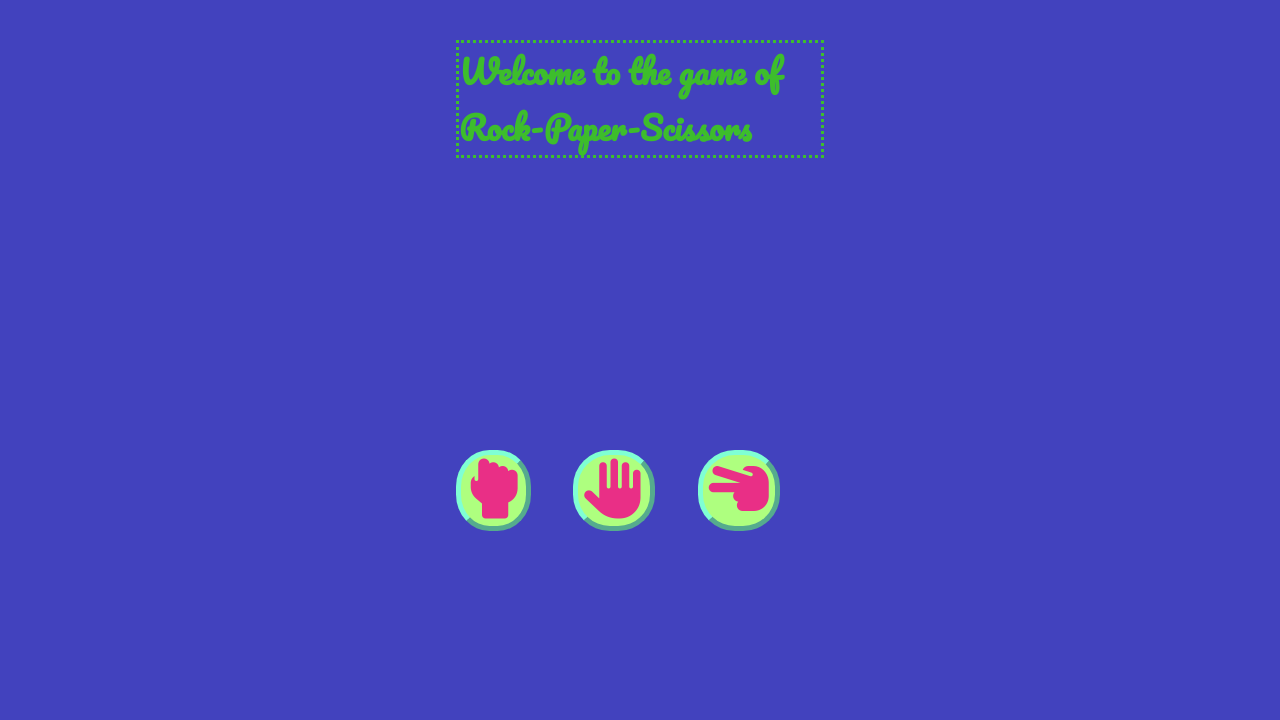
Repository: 0101chaitanya/Rock-Paper-Scissors
Page: index.html
The author's editor kept a copy of each file at every save. The page is drawn from the files as they stood at one save, then again after the next save.
The browser window is 1280 px wide. The pictures show the whole page.
Some web libraries are served in a nearby version.

Above is the page before, as saved 2021-05-14 17:20:51.
Not found: linkk.js

After the next save:
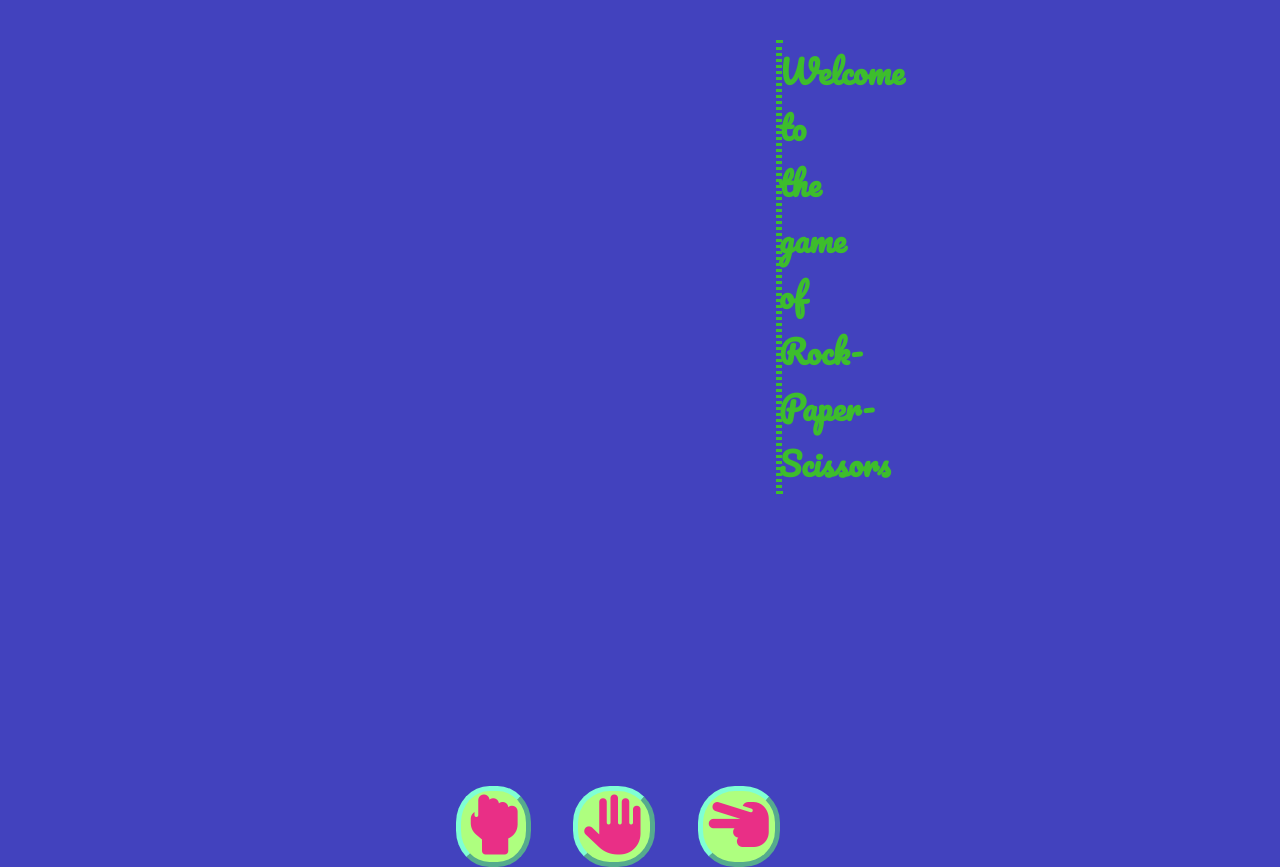
Saved 4 s later.
--- a/style.css
+++ b/style.css
@@ -4,7 +4,7 @@ html{
 background-color:rgb(66, 66, 190);
     }
    h1  {
-     margin : 40px 35vw;
+     margin : 40px 60vw;
      border-style:dotted;
      color:rgb(61, 189, 44) ;
     }
